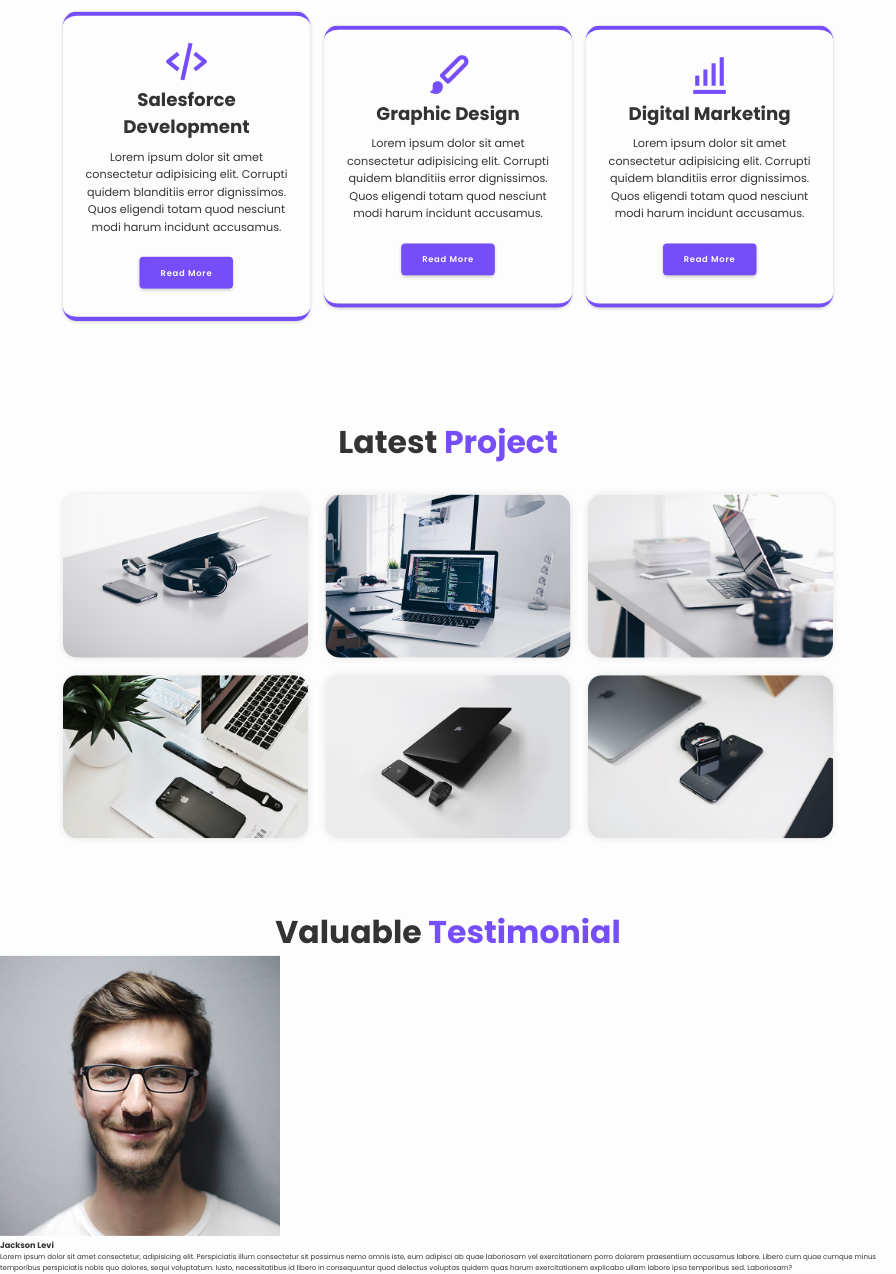
Repository: Gabi-Augusto/Portfolio
Page: index.html
These files come from the project's save history. The page is drawn as it stood at one moment and after the next save; the edit follows.
The browser window is 1280 px wide. The pictures show the part of the page from y = 1611 to 3531 px (the page is 3431 px tall before and 3531 px after), at 70% of full size.

Above is the page before, as saved 2023-11-29 19:37:26.

### index.html
<!DOCTYPE html>
<html lang="en">

<head>
    <meta charset="UTF-8">
    <meta http-equiv="X-UA-Compatible" content="IE=edge">
    <meta name="viewport" content="width=device-width, initial-scale=1.0">
    <title>Portfolio Website Design | Gabriela Augusto</title>

    <!-- swiper css -->
    <link rel="stylesheet" href="https://cdn.jsdelivr.net/npm/swiper@9/swiper-bundle.min.css" />

    <!-- box icons -->
    <link href='https://unpkg.com/boxicons@2.1.4/css/boxicons.min.css' rel='stylesheet'>

    <!-- custom css -->
    <link rel="stylesheet" href="css/style.css">
</head>

<body>

    <!-- header design -->
    <header class="header">
        <a href="#" class="logo">Portfolio.</a>

        <nav class="navbar">
            <a href="#home" class="active">Home</a>
            <a href="#about">About</a>
            <a href="#services">Services</a>
            <a href="#portfolio">Portfolio</a>
            <a href="#contact">Contact</a>
        </nav>

        <div class="bx bx-moon" id="darkMode-icon"></div>
    </header>

    <!-- home section design -->
    <section class="home" id="home">
        <div class="home-content">
            <h3>Hello, I am</h3>
            <h1>Gabriela Augusto</h1>
            <p>Lorem ipsum, dolor sit amet consectetur adipisicing elit. Veritatis sequi amet numquam sunt eius quae deleniti dolore voluptatum.</p>

            <div class="social-media">
                <a href="#"><i class='bx bxl-instagram-alt'></i></a>
                <a href="#"><i class='bx bxl-linkedin' ></i></a>
                <a href="#"><i class='bx bxl-github' ></i></a>
            </div>

            <a href="#" class="btn">Download CV</a>
        </div>

        <div class="profession-container">
            <div class="profession-box">
                <div class="profession" style="--i:0;">
                    <i class='bx bx-cloud'></i>
                    <h3>Salesforce Developer</h3>
                </div>
                <div class="profession" style="--i:1;">
                    <i class='bx bx-bulb'></i>
                    <h3>Business Analyst</h3>
                </div>
                <div class="profession" style="--i:2;">
                    <i class='bx bx-palette'></i>
                    <h3>Web Designer</h3>
                </div>
                <div class="profession" style="--i:3;">
                    <i class='bx bx-code-alt' ></i>
                    <h3>FullStack Developer</h3>
                </div>
                <div class="circle"></div>
            </div>
            <div class="overlay"></div>
        </div>
        <div class="home-img">
            <img src="imagens/home.png" alt="">
        </div>
    </section>

    <!-- about section design -->

    <section class="about" id="about">
        <div class="about-img">
            <img src="imagens/about.png" alt="">
        </div>

        <div class="about-content">
            <h2 class="heading">About <span>Me</span></h2>
            <h3>Hi, I'm Here To Help Your Next Project!</h3>
            <p>Lorem ipsum dolor sit, amet consectetur adipisicing elit. Consequatur laudantium reiciendis voluptates maxime optio cumque accusantium sunt temporibus cupiditate! Sed mollitia id doloribus nesciunt odit harum, praesentium aliquid. Soluta, harum est eveniet quos provident veritatis eaque ullam voluptate laudantium deleniti?</p>
            <a href="#" class="btn">Read More</a>
        </div>
    </section>

    <!-- services section design -->

    <section class="services" id="services">
        <h2 class="heading">My <span>Services</span></h2>

        <div class="services-container">
            <div class="services-box">
                <i class='bx bx-code-alt' ></i>
                <h3>Salesforce Development</h3>
                <p>Lorem ipsum dolor sit amet consectetur adipisicing elit. Corrupti quidem blanditiis error dignissimos. Quos eligendi totam quod nesciunt modi harum incidunt accusamus.</p>
                <a href="#" class="btn">Read More</a>
            </div>
            <div class="services-box">
                <i class='bx bxs-paint'></i>
                <h3>Graphic Design</h3>
                <p>Lorem ipsum dolor sit amet consectetur adipisicing elit. Corrupti quidem blanditiis error dignissimos. Quos eligendi totam quod nesciunt modi harum incidunt accusamus.</p>
                <a href="#" class="btn">Read More</a>
            </div>
            <div class="services-box">
                <i class='bx bx-bar-chart-alt'></i>
                <h3>Digital Marketing</h3>
                <p>Lorem ipsum dolor sit amet consectetur adipisicing elit. Corrupti quidem blanditiis error dignissimos. Quos eligendi totam quod nesciunt modi harum incidunt accusamus.</p>
                <a href="#" class="btn">Read More</a>
            </div>
        </div>
    </section>

    <!-- portfolio section design -->

    <section class="portfolio" id="portfolio">
        <h2 class="heading">Latest <span>Project</span></h2>

        <div class="portfolio-container">
            <div class="portfolio-box">
                <img src="imagens/portfolio1.jpg" alt="">

                <div class="portfolio-layer">
                    <h4>Web Desing</h4>
                    <p>Lorem ipsum dolor sit amet consectetur adipisicing elit. Asperiores, ut possimus!</p>
                    <a href="#"><i class='bx bx-link-external' ></i></a>
                </div>
            </div>

            <div class="portfolio-box">
                <img src="imagens/portfolio2.jpg" alt="">

                <div class="portfolio-layer">
                    <h4>Web Desing</h4>
                    <p>Lorem ipsum dolor sit amet consectetur adipisicing elit. Asperiores, ut possimus!</p>
                    <a href="#"><i class='bx bx-link-external' ></i></a>
                </div>
            </div>

            <div class="portfolio-box">
                <img src="imagens/portfolio3.jpg" alt="">

                <div class="portfolio-layer">
                    <h4>Web Desing</h4>
                    <p>Lorem ipsum dolor sit amet consectetur adipisicing elit. Asperiores, ut possimus!</p>
                    <a href="#"><i class='bx bx-link-external' ></i></a>
                </div>
            </div>

            <div class="portfolio-box">
                <img src="imagens/portfolio4.jpg" alt="">

                <div class="portfolio-layer">
                    <h4>Web Desing</h4>
                    <p>Lorem ipsum dolor sit amet consectetur adipisicing elit. Asperiores, ut possimus!</p>
                    <a href="#"><i class='bx bx-link-external' ></i></a>
                </div>
            </div>

            <div class="portfolio-box">
                <img src="imagens/portfolio5.jpg" alt="">

                <div class="portfolio-layer">
                    <h4>Web Desing</h4>
                    <p>Lorem ipsum dolor sit amet consectetur adipisicing elit. Asperiores, ut possimus!</p>
                    <a href="#"><i class='bx bx-link-external' ></i></a>
                </div>
            </div>

            <div class="portfolio-box">
                <img src="imagens/portfolio6.jpg" alt="">

                <div class="portfolio-layer">
                    <h4>Web Desing</h4>
                    <p>Lorem ipsum dolor sit amet consectetur adipisicing elit. Asperiores, ut possimus!</p>
                    <a href="#"><i class='bx bx-link-external' ></i></a>
                </div>
            </div>

        </div>
    </section>

    <!-- testimonial design -->

    <div class="testimonial-container">
        <h2 class="heading">Valuable <span>Testimonial</span></h2>

        <div class="testimonial-wrapper">
            <div class="testimonial-box">
                <div class="testimonial-content">
                    <div class="testimonial-slide">
                        <img src="imagens/testimonial1.jpg" alt="">
                        <h3>Jackson Levi</h3>
                        <p>Lorem ipsum dolor sit amet consectetur, adipisicing elit. Perspiciatis illum consectetur sit possimus nemo omnis iste, eum adipisci ab quae laboriosam vel exercitationem porro dolorem praesentium accusamus labore. Libero cum quae cumque minus temporibus perspiciatis nobis quo dolores, sequi voluptatum. Iusto, necessitatibus id libero in consequuntur quod delectus voluptas quidem quas harum exercitationem explicabo ullam labore ipsa temporibus sed. Laboriosam?</p>

                    </div>
                </div>
            </div>
        </div>
    </div>

    <!-- contact section design -->

    <!-- footer design -->


    <!-- scroll reveal -->
    <script src="https://unpkg.com/scrollreveal"></script>

    <!-- swiper js -->
    <script src="https://cdn.jsdelivr.net/npm/swiper@9/swiper-bundle.min.js"></script>

    <!-- custom js -->
    <script src="js/script.js"></script>
</body>

</html>

### css/style.css
@import url('https://fonts.googleapis.com/css2?family=Poppins:wght@300;400;500;600;700;800;900&display=swap');

* {
    margin: 0;
    padding: 0;
    box-sizing: border-box;
    text-decoration: none;
    border: none;
    outline: none;
    scroll-behavior: smooth;
    font-family: 'Poppins', sans-serif;
}

:root {
    --bg-color: #fdfdfd;
    --text-color: #333;
    --main-color: #754ef9;
    --white-color: #fdfdfd;
    --shadow-color: rgba(0, 0, 0, .2);
}

html {
    font-size: 62.5%;
    overflow-x: hidden;
}

body {
    background: var(--bg-color);
    color: var(--text-color);
}

.header {
    position: fixed;
    top: 0;
    left: 0;
    width: 100%;
    padding: 2rem 7%;
    background: transparent;
    display: flex;
    align-items: center;
    z-index: 100;
    transition: .5s;
}

.header.sticky {
    background: var(--bg-color);
    box-shadow: 0 .1rem 1rem var(--shadow-color);
}

.logo {
    font-size: 2.5rem;
    color: var(--main-color);
    font-weight: 600;
    cursor: default;
    margin-right: auto;
}

.navbar a {
    position: relative;
    font-size: 1.7rem;
    color: var(--white-color);
    font-weight: 500;
    margin-right: 3.5rem;
}

.header.sticky .navbar a {
    color: var(--text-color);
}

.header.sticky .navbar a.active {
    color: var(--main-color);
}

.navbar a.active::before{
    content: '';
    position: absolute;
    left: 0;
    bottom: -6px;
    width: 100%;
    height: .2rem;
    background: var(--white-color);
}

.header.sticky .navbar a::before {
    background: var(--main-color);
    opacity: .7;
}

#darkMode-icon {
    font-size: 2.4rem;
    color: var(--white-color);
    cursor: pointer;
}

.header.sticky #darkMode-icon{
    color: var(--text-color);
    opacity: .9;
}

section {
    min-height: 100vh;
    padding: 7rem 7% 2rem;
}

.home {
    display: flex;
    align-items: center;
}

.home .home-content {
    max-width: 44rem;
}

.home-content h3 {
    font-size: 3.2rem;
    font-weight: 700;
    line-height: .3;
}

.home-content h1 {
    font-size: 4.8rem;
    font-weight: 700;
    margin-bottom: .3rem;
}

.home-content p {
    font-size: 1.6rem;
}

.home-content .social-media a {
    display: inline-flex;
    justify-content: center;
    align-items: center;
    width: 4rem;
    height: 4rem;
    background: transparent;
    border: .2rem solid var(--main-color);
    border-radius: 50%;
    box-shadow: 0 .2rem .5rem  var(--shadow-color);
    font-size: 2rem;
    color: var(--main-color);
    margin: 2.5rem 1.5rem 3rem 0;
    transition: .5s ease;
}

.home-content .social-media a:hover {
    background: var(--main-color);
    color: var(--white-color);
}

.btn {
    display: inline-block;
    padding: 1.2rem 2.8rem;
    background: var(--main-color);
    border-radius: .6rem;
    box-shadow: 0 .2rem .5rem var(--shadow-color);
    font-size: 1.2rem;
    color: var(--white-color);
    letter-spacing: .1rem;
    font-weight: 600;
    border: .2rem solid transparent;
    transition: .5s ease;
}

.btn:hover {
    background: transparent;
    color: var(--main-color);
    border-color: var(--main-color);
}

.home .profession-container {
    position: absolute;
    top: 48%;
    right: 30px;
    transform: translateY(-50%);
    width: 680px;
    height: 680px;
    overflow: hidden;
    pointer-events: none;
}

.home .profession-container .profession-box {
    position: absolute;
    top: 0;
    right: 0;
    width: 680px;
    height: 680px;
    border-radius: 50%;
    display: flex;
    justify-content: center;
    align-items: center;
}

.home .profession-box .profession {
    position: absolute;
    left: 0;
    display: flex;
    align-items: center;
    flex-direction: column;
    color: var(--main-color);
    transform: rotate(calc(360deg / 4 * var(--i)));
    transform-origin: 340px;
    background: var(--bg-color);
    padding: 13px 0;
}

.home .profession-box .profession:nth-child(1) i {
    margin-right: 15px;
}

.home .profession-box .profession:nth-child(2),
.home .profession-box .profession:nth-child(4) {
    padding-bottom: 20px;
}

.home .profession i {
    font-size: 3.8rem;
}

.home .profession h3 {
    font-size: 2.4rem;
    line-height: 1;
    font-weight: 600;
}

.home .profession-box .circle {
    width: 520px;
    height: 520px;
    border: 3px solid var(--main-color);
    border-radius: 50%;
}

.home .profession-container .overlay {
    position: absolute;
    top: 0;
    right: 0;
    width: 0;
    height: 0;
    border-top: 340px solid var(--main-color);
    border-right: 340px solid var(--main-color);
    border-bottom: 340px solid var(--main-color);
    border-left: 340px solid transparent;
}

.home-img img {
    position: absolute;
    bottom: 0;
    top: 83px;
    right: 70px;
    width: 29%;
    pointer-events: none;
}

span {
    color: var(--main-color);
}

.about {
    display: flex;
    justify-content: center;
    align-items: center;
    gap: 6rem;
}

.about-img img {
    width: 40vw;
}

.heading {
    font-size: 4.5rem;
    text-align: center;
}

.about-content h2 {
    text-align: left;
    line-height: 1.2;
}

.about-content h3 {
    font-size: 2rem;
}

.about-content p {
    font-size: 1.6rem;
    margin: 2rem 0 3rem;
}

.services {
    min-height: auto;
    padding-bottom: 7rem;
}

.services h2 {
    margin-bottom: 5rem;
}

.services .services-container {
    display: flex;
    justify-content: center;
    align-items: center;
    flex-wrap: wrap;
    gap: 2rem;
}

.services-container .services-box {
    flex: 1 1 30rem;
    background: var(--bg-color);
    padding: 3rem 2rem 4rem;
    border-radius: 2rem;
    box-shadow: 0 .1rem .5rem var(--shadow-color);
    text-align: center;
    border-top: .6rem solid var(--main-color);
    border-bottom: .6rem solid var(--main-color);
    transition: .5s ease;
}

.services-container .services-box:hover {
    box-shadow: 0 .1rem 2rem var(--shadow-color);
    transform: scale(1.02);
}

.services-box i {
    font-size: 7rem;
    color: var(--main-color);
}

.services-box h3 {
    font-size: 2.6rem;
    transition: .5s ease;
}

.services-box:hover h3 {
    color: var(--main-color);
}

.services-box p {
    font-size: 1.6rem;
    margin: 1rem 0 3rem;
}

.portfolio {
    padding-bottom: 10rem;
}

.portfolio h2 {
    margin-bottom: 4rem;
}

.portfolio .portfolio-container {
    display: grid;
    grid-template-columns: repeat(3, 1fr);
    align-items: center;
    gap: 2.5rem;
}

.portfolio-container .portfolio-box{
    position: relative;
    display: flex;
    border-radius: 2rem;
    box-shadow: 0 0 1rem rgba(0, 0, 0, .1);
    overflow: hidden;
}

.portfolio-box img {
    width: 100%;
    transition: .5s ease;
}

.portfolio-box:hover img {
    transform: scale(1.1);
}

.portfolio-box .portfolio-layer {
    position: absolute;
    bottom: 0;
    left: 0;
    width: 100%;
    height: 100%;
    background: linear-gradient(rgba(0, 0, 0, .1), var(--main-color));
    color: var(--white-color);
    display: flex;
    justify-content: center;
    align-items: center;
    flex-direction: column;
    text-align: center;
    padding: 0 4rem;
    opacity: 0;
    transition: .5s ease;
}

.portfolio-box:hover .portfolio-layer {
    opacity: 1;
}

.portfolio-layer h4 {
    font-size: 3rem;
}

.portfolio-layer p {
    font-size: 1.6rem;
    margin: .3rem 0 1rem;
}

.portfolio-layer a {
    display: inline-flex;
    justify-content: center;
    align-items: center;
    width: 5rem;
    height: 5rem;
    background: var(--white-color);
    border-radius: 50%;
}

.portfolio-layer a i {
    font-size: 2rem;
    color: #333;
}

### js/script.js
/*========== menu icon navbar ==========*/
let menuIcon = document.querySelector('#menu-icon');
let navbar = document.querySelector('.navbar');


/*========== scroll sections active link ==========*/
let sections = document.querySelectorAll('section');
let navLinks = document.querySelectorAll('header nav a');

window.onscroll = () => {
    /*========== sticky navbar ==========*/
    let header = document.querySelector('.header');

    header.classList.toggle('sticky', window.scrollY > 100);
    /*========== remove menu icon navbar when click navbar link (scroll) ==========*/
};


/*========== swiper ==========*/


/*========== dark light mode ==========*/


/*========== scroll reveal ==========*/

After the next save:
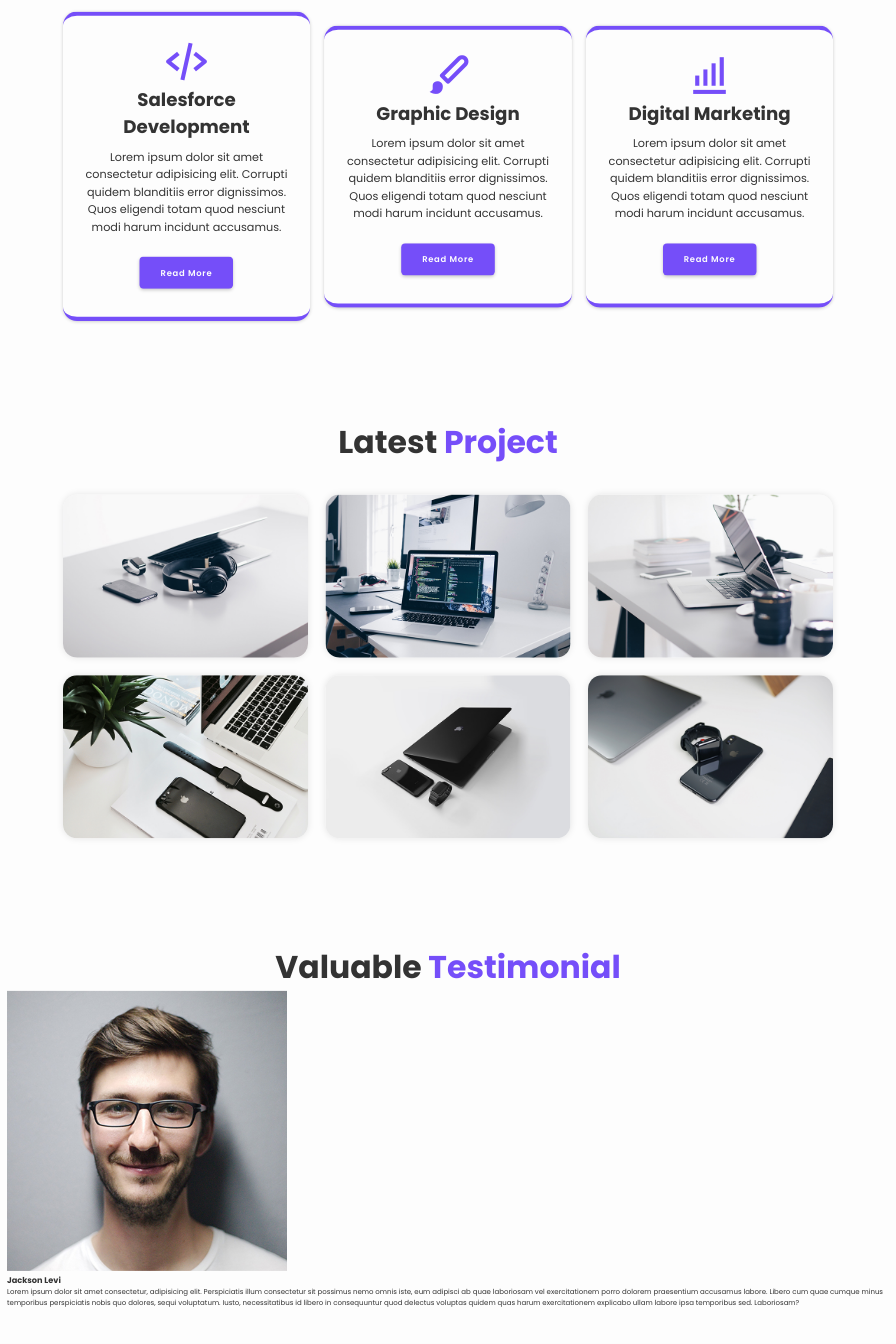
Saved 2 min 5 s later.
--- a/css/style.css
+++ b/css/style.css
@@ -415,3 +415,11 @@ span {
     font-size: 2rem;
     color: #333;
 }
+
+.testimonial-container {
+    display: flex;
+    align-items: center;
+    flex-direction: column;
+    width: 100%;
+    padding: 5rem 1rem;
+}
